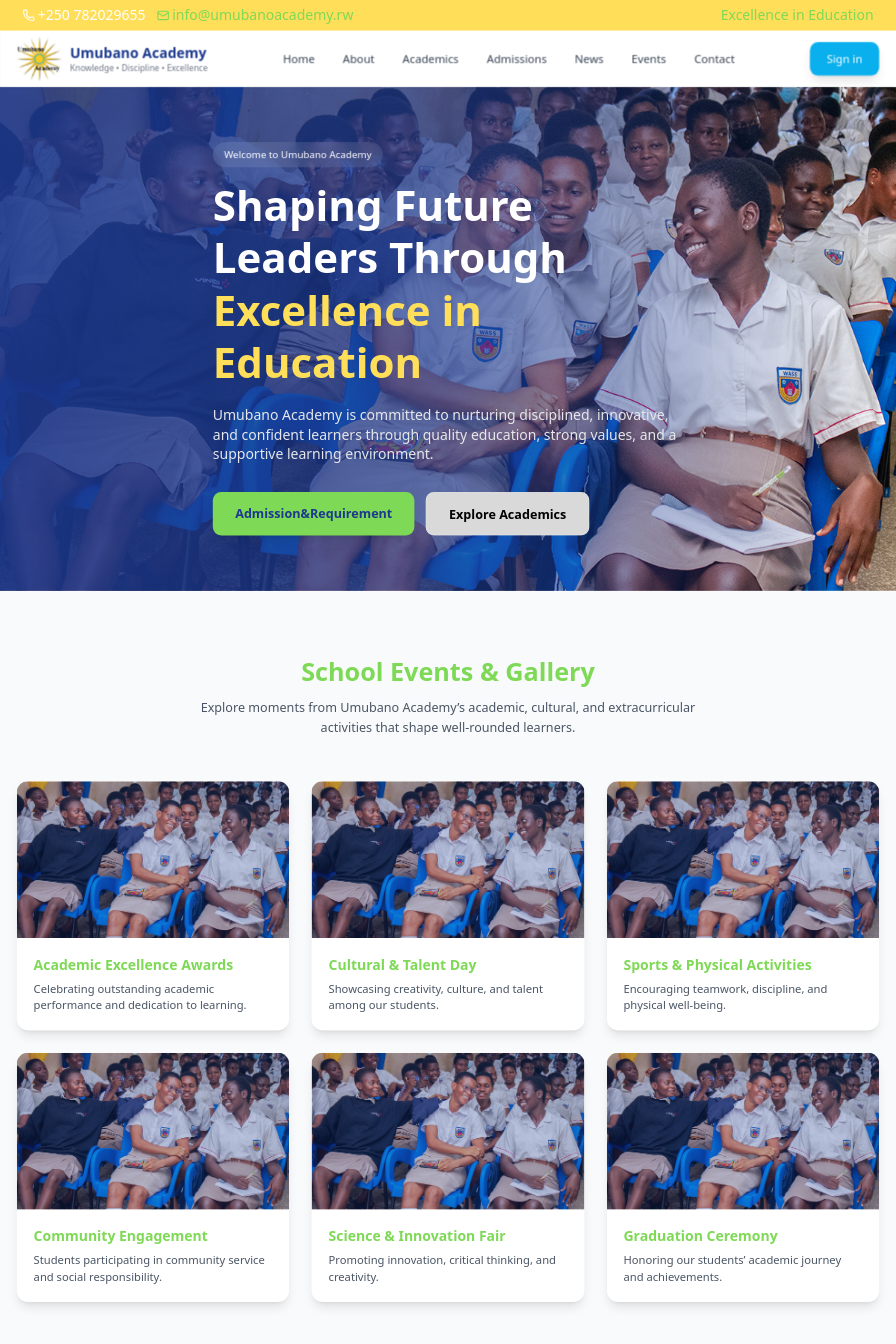
Repository: Umubano-Academy/umubano-academy-website
Page: /
An editor plug-in stored every save of this project. The page is shown before and after the next save, followed by the edit.
The browser window is 1280 px wide. The pictures show the part of the page from y = 0 to 1920 px (the page is 4911 px tall), at 70% of full size.
The project was rebuilt for these pictures with package versions that can differ from the ones it lists, and the page was loaded fresh each time. Also part of the build but not shown: vite.config.js, src/components/guest/Admission.jsx, src/components/guest/Academic.jsx, src/components/guest/About.jsx, src/components/admin/sidebar/data/menuData.js, src/components/admin/sidebar/SideBar.jsx, src/components/admin/Header/Header.jsx, src/components/admin/LayOut.jsx and 3 more.

Above is the page before, as saved 2026-01-13 19:11:12.

### index.html
<!doctype html>
<html lang="en">
  <head>
    <meta charset="UTF-8" />
    <!-- <link rel="icon" type="image/svg+xml" href="/vite.svg" /> -->
    <meta name="viewport" content="width=device-width, initial-scale=1.0" />
    <title>umubano-academy</title>
  </head>
  <body>
    <div id="root"></div>
    <script type="module" src="/src/main.jsx"></script>
  </body>
</html>

### src/App.jsx
import React from 'react'
import { BrowserRouter, Route, Routes } from 'react-router-dom'
import NavBar from './components/guest/NavBar'
import Hero from './components/guest/Hero'
import Event from './components/guest/Event'
import News from './components/guest/News'
import Layout from './components/guest/Layout'
import Home from './components/guest/Home'
import Admission from './components/guest/Admission'
import Academic from './components/guest/Academic'
import About from './components/guest/About'
import LayOut from './components/admin/LayOut'
import Dashboard from './components/admin/pages/Dashboard'
import Login from './components/guest/forms/Login'
import ResetPassword from './components/guest/forms/ResetPassword'


function App() {
  return (
    <BrowserRouter>

    <Routes>
      <Route path='/' element={<Layout />}>
      <Route index element={<Home />} />
      <Route path='/admission' element={<Admission />} />
      <Route path='/academic' element={<Academic />} />
      <Route path='/aboutus' element={<About />} />
      <Route path='/login' element={<Login />} />
      <Route path="/password-reset" element={<ResetPassword />} />
      </Route>

      <Route path='/admin' element={<LayOut />}>
      <Route index element={<Dashboard />} />
      </Route>
    </Routes>
    </BrowserRouter>

  )
}

export default App

### src/components/guest/NavBar.jsx
import React, { useState } from "react"
import { Menu, X, Phone, Mail, GraduationCap } from "lucide-react"
import { motion, AnimatePresence } from "framer-motion"
import logo from "../../assets/UALOGO.png"
import { Link } from "react-router-dom"

function NavBar() {
  const [open, setOpen] = useState(false)

  const navLinks = [
    "Home",
    "About",
    "Academics",
    "Admissions",
    "News",
    "Events",
    "Contact",
  ]

  return (
    <>
      {/* Top Info Bar */}
      <div className="hidden md:flex justify-between items-center px-8 py-2 bg-[#FFDE59] text-[#7ED956] text-sm">
        <div className="flex items-center gap-4">
          <span className="flex items-center gap-1 text-xl text-white font-medium">
            <Phone size={18} /> +250 782029655
          </span>
          <span className="flex text-xl items-center gap-1  text-[#7ED956] font-medium">
            <Mail size={18} /> info@umubanoacademy.rw
          </span>
        </div>
        <span className=" text-xl  text-[#7ED956] font-medium">Excellence in Education</span>
      </div>

      {/* Main Navbar */}
      <header className="sticky top-0 z-50 bg-white/80 backdrop-blur-xl shadow-sm">
        <div className="max-w-7xl mx-auto px-6">
          <div className="flex items-center justify-between h-20">

            {/* Logo */}
            <Link to="/" className="flex items-center gap-3">
              <img src={logo} alt="Umubano Academy Logo" className="w-16 h-16 object-contain" />
              {/* <div className="w-12 h-12 bg-blue-900 text-white flex items-center justify-center rounded-xl">
                <GraduationCap size={28} />
              </div> */}
              <div>
                <h1 className="text-xl font-bold text-blue-900">
                  Umubano Academy
                </h1>
                <p className="text-xs text-gray-500">
                  Knowledge • Discipline • Excellence
                </p>
              </div>
            </Link>

            {/* Desktop Menu */}
            <nav className="hidden lg:flex items-center gap-10">
              {navLinks.map((link) => (
                <a
                  key={link}
                  href={`/${link.toLowerCase()}`}
                  className="relative text-gray-700 font-medium hover:text-blue-900 transition group"
                >
                  {link}
                  <span className="absolute left-0 -bottom-1 w-0 h-0.5 bg-blue-900 transition-all group-hover:w-full"></span>
                </a>
              ))}
            </nav>

            {/* CTA */}
            <div className="hidden lg:flex">
              <a
                href="/login"
                className="bg-[#0AB0EE] text-white px-6 py-3 rounded-xl font-medium shadow-lg hover:shadow-xl transition"
              >
                Sign in
              </a>
            </div>

            {/* Mobile Menu Button */}
            <button
              onClick={() => setOpen(!open)}
              className="lg:hidden text-blue-900"
            >
              {open ? <X size={30} /> : <Menu size={30} />}
            </button>
          </div>
        </div>

        {/* Mobile Menu */}
        <AnimatePresence>
          {open && (
            <motion.div
              initial={{ opacity: 0, y: -20 }}
              animate={{ opacity: 1, y: 0 }}
              exit={{ opacity: 0, y: -20 }}
              transition={{ duration: 0.3 }}
              className="lg:hidden bg-white shadow-xl"
            >
              <div className="flex flex-col px-6 py-6 gap-6">
                {navLinks.map((link) => (
                  <a
                    key={link}
                    href={`/${link.toLowerCase()}`}
                    className="text-lg font-medium text-gray-700 hover:text-blue-900"
                    onClick={() => setOpen(false)}
                  >
                    {link}
                  </a>
                ))}

                <Link to="login"

                  className="mt-4 text-center bg-blue-900 text-white py-3 rounded-xl font-medium"
                >
                  Login
                </Link>
              </div>
            </motion.div>
          )}
        </AnimatePresence>
      </header>
    </>
  )
}

export default NavBar

### src/components/guest/Hero.jsx
import React from "react"
import { motion } from "framer-motion"
import heroImage from "../../assets/umubano.jpg"

function Hero() {
  return (
    <section
      className="relative h-screen flex items-center"
      style={{
        backgroundImage: `url(${heroImage})`,
        backgroundSize: "cover",
        backgroundPosition: "center",
      }}
    >
      {/* Overlay */}
      <div className="absolute inset-0 bg-gradient-to-r from-blue-900/90 via-blue-900/70 to-transparent"></div>

      {/* Content */}
      <div className="relative z-10 max-w-7xl mx-auto px-6">
        <motion.div
          initial={{ opacity: 0, y: 40 }}
          animate={{ opacity: 1, y: 0 }}
          transition={{ duration: 0.8 }}
          className="max-w-2xl text-white"
        >
          <span className="inline-block mb-4 px-4 py-2 bg-white/10 backdrop-blur rounded-full text-sm font-medium">
            Welcome to Umubano Academy
          </span>

          <h1 className="text-4xl md:text-6xl font-bold leading-tight mb-6">
            Shaping Future Leaders Through{" "}
            <span className="text-[#FFDE59]">Excellence in Education</span>
          </h1>

          <p className="text-lg md:text-xl text-gray-200 mb-10">
            Umubano Academy is committed to nurturing disciplined, innovative,
            and confident learners through quality education, strong values,
            and a supportive learning environment.
          </p>

          <div className="flex flex-col sm:flex-row gap-4">
            <a
              href="/admission"
              className="bg-[#7ED956] text-blue-900 px-8 py-4 rounded-xl font-semibold text-lg hover:bg-[#FFDE59] transition shadow-lg"
            >
              Admission&Requirement
            </a>

            <a
              href="/academic"
              className="border border-white/40 px-8 py-4 rounded-xl font-semibold text-lg text-black bg-[#D9D9D9] hover:bg-[#0AB0EE] hover:text-blue-900 transition"
            >
              Explore Academics
            </a>
          </div>
        </motion.div>
      </div>
    </section>
  )
}

export default Hero

### src/components/guest/Event.jsx
import React from "react"
import { motion } from "framer-motion"
import heroImage from "../../assets/umubano.jpg"

function Event() {
  const items = [
    {
      title: "Academic Excellence Awards",
      description:
        "Celebrating outstanding academic performance and dedication to learning.",
      image: heroImage,
    },
    {
      title: "Cultural & Talent Day",
      description:
        "Showcasing creativity, culture, and talent among our students.",
      image: heroImage,
    },
    {
      title: "Sports & Physical Activities",
      description:
        "Encouraging teamwork, discipline, and physical well-being.",
      image: heroImage,
    },
    {
      title: "Community Engagement",
      description:
        "Students participating in community service and social responsibility.",
      image: heroImage,
    },
    {
      title: "Science & Innovation Fair",
      description:
        "Promoting innovation, critical thinking, and creativity.",
      image: heroImage,
    },
    {
      title: "Graduation Ceremony",
      description:
        "Honoring our students’ academic journey and achievements.",
      image: heroImage,
    },
  ]

  return (
    <section className="py-24 bg-gray-50">
      <div className="max-w-7xl mx-auto px-6">

        {/* Section Header */}
        <motion.div
          initial={{ opacity: 0, y: 30 }}
          whileInView={{ opacity: 1, y: 0 }}
          viewport={{ once: true }}
          transition={{ duration: 0.6 }}
          className="text-center max-w-3xl mx-auto mb-16"
        >
          <h2 className="text-3xl md:text-4xl font-bold text-[#7ED956] mb-4">
            School Events & Gallery
          </h2>
          <p className="text-gray-600 text-lg">
            Explore moments from Umubano Academy’s academic, cultural, and
            extracurricular activities that shape well-rounded learners.
          </p>
        </motion.div>

        {/* Cards Grid */}
        <motion.div
          initial="hidden"
          whileInView="visible"
          viewport={{ once: true }}
          variants={{
            visible: {
              transition: {
                staggerChildren: 0.15,
              },
            },
          }}
          className="grid grid-cols-1 sm:grid-cols-2 lg:grid-cols-3 gap-8"
        >
          {items.map((item, index) => (
            <motion.div
              key={index}
              variants={{
                hidden: { opacity: 0, y: 40 },
                visible: { opacity: 1, y: 0 },
              }}
              transition={{ duration: 0.6 }}
              className="group bg-white rounded-2xl shadow-lg overflow-hidden hover:-translate-y-2 transition"
            >
              {/* Image */}
              <div className="relative h-56 overflow-hidden">
                <img
                  src={item.image}
                  alt={item.title}
                  className="w-full h-full object-cover group-hover:scale-110 transition duration-500"
                />
                <div className="absolute inset-0 bg-blue-900/30 group-hover:bg-blue-900/50 transition"></div>
              </div>

              {/* Content */}
              <div className="p-6">
                <h3 className="text-xl font-semibold text-[#7ED956] mb-2">
                  {item.title}
                </h3>
                <p className="text-gray-600">
                  {item.description}
                </p>
              </div>
            </motion.div>
          ))}
        </motion.div>
      </div>
    </section>
  )
}

export default Event

### src/components/guest/News.jsx
import React from "react"
import { motion } from "framer-motion"
import heroImage from "../../assets/umubano.jpg"

function News() {
  const newsList = [
    {
      title: "Opening of New Academic Term",
      date: "September 10, 2026",
      description:
        "Umubano Academy welcomes students and parents to the new academic term with renewed commitment to excellence.",
      image: heroImage,
    },
    {
      title: "Admissions Now Open",
      date: "August 25, 2026",
      description:
        "Applications are now open for Nursery, Primary, and Secondary levels for the upcoming academic year.",
      image: heroImage,
    },
    {
      title: "Outstanding National Examination Results",
      date: "July 30, 2026",
      description:
        "Our students achieved excellent results in the national examinations, reflecting our quality education.",
      image: heroImage,
    },
  ]

  return (
    <section className="py-24 bg-white">
      <div className="max-w-7xl mx-auto px-6">

        {/* Section Header */}
        <motion.div
          initial={{ opacity: 0, y: 30 }}
          whileInView={{ opacity: 1, y: 0 }}
          viewport={{ once: true }}
          transition={{ duration: 0.6 }}
          className="text-center max-w-3xl mx-auto mb-16"
        >
          <h2 className="text-3xl md:text-4xl font-bold text-[#7ED956] mb-4">
            News & Announcements
          </h2>
          <p className="text-gray-600 text-lg">
            Stay informed with the latest updates, events, and important
            announcements from Umubano Academy.
          </p>
        </motion.div>

        {/* News Grid */}
        <motion.div
          initial="hidden"
          whileInView="visible"
          viewport={{ once: true }}
          variants={{
            visible: {
              transition: { staggerChildren: 0.15 },
            },
          }}
          className="grid grid-cols-1 md:grid-cols-2 lg:grid-cols-3 gap-8"
        >
          {newsList.map((news, index) => (
            <motion.article
              key={index}
              variants={{
                hidden: { opacity: 0, y: 40 },
                visible: { opacity: 1, y: 0 },
              }}
              transition={{ duration: 0.6 }}
              className="bg-gray-50 rounded-2xl shadow-md hover:shadow-xl transition overflow-hidden group"
            >
              {/* Image */}
              <div className="relative h-48 overflow-hidden">
                <img
                  src={news.image}
                  alt={news.title}
                  className="w-full h-full object-cover group-hover:scale-110 transition duration-500"
                />
                <div className="absolute inset-0 bg-blue-900/30"></div>

                {/* Date Badge */}
                <span className="absolute top-4 left-4 bg-[#FFDE59] text-blue-900 px-3 py-1 rounded-full text-sm font-semibold">
                  {news.date}
                </span>
              </div>

              {/* Content */}
              <div className="p-6">
                <h3 className="text-xl font-semibold text-[#7ED956] mb-3">
                  {news.title}
                </h3>
                <p className="text-gray-600 mb-5">
                  {news.description}
                </p>


              </div>
            </motion.article>
          ))}
        </motion.div>

        {/* View All */}
        <div className="text-center mt-14">
          <a
            href="/news"
            className="inline-block bg-[#0AB0EE] text-white px-8 py-4 rounded-xl font-semibold hover:bg-[#7ED956] transition shadow-lg"
          >
            View All News
          </a>
        </div>

      </div>
    </section>
  )
}

export default News

### src/components/guest/Layout.jsx
import React from 'react'
import NavBar from './NavBar'
import { Outlet } from 'react-router-dom'
import Footer from './Footer'


function Layout() {
  return (
    <div>
      <NavBar />

      <div>
        <Outlet />
      </div>
      <div>
        <Footer />
      </div>
    </div>
  )
}

export default Layout

### src/components/guest/Home.jsx
import React from 'react'
import NavBar from './NavBar'
import Hero from './Hero'
import Event from './Event'
import News from './News'
import Contact from './Contact'

function Home() {
  return (
    <div>
      <Hero />
      <Event />
      <News />
      <Contact />

    </div>
  )
}

export default Home

### src/components/guest/Footer.jsx
import React from "react"
import {
  Phone,
  Mail,
  MapPin,
  Facebook,
  Twitter,
  Instagram,
  GraduationCap,
} from "lucide-react"
import logo from "../../assets/UALOGO.png"

function Footer() {
  return (
    <footer className="bg-[#0AB0EE] text-white">
      <div className="max-w-7xl mx-auto px-6 py-20">

        {/* Top Section */}
        <div className="grid grid-cols-1 md:grid-cols-2 lg:grid-cols-4 gap-12">

          {/* School Info */}
          <div>
            <div className="flex items-center gap-3 mb-6">
              <img src={logo} alt="Umubano Academy Logo" className="w-16 h-16 object-contain" />
              <h3 className="text-xl font-bold text-white">
                Umubano Academy
              </h3>
            </div>
            <p className="text-white leading-relaxed">
              Umubano Academy is dedicated to providing quality education,
              strong values, and a nurturing environment that shapes future
              leaders.
            </p>
          </div>

          {/* Quick Links */}
          <div>
            <h4 className="text-lg font-semibold text-white mb-6">
              Quick Links
            </h4>
            <ul className="space-y-4">
              {[
                "Home",
                "About Us",
                "Academics",
                "Admissions",
                "News",
                "Contact",
              ].map((link) => (
                <li key={link}>
                  <a
                    href={`/${link.toLowerCase().replace(" ", "")}`}
                    className="hover:text-yellow-400 transition"
                  >
                    {link}
                  </a>
                </li>
              ))}
            </ul>
          </div>

          {/* Contact Info */}
          <div>
            <h4 className="text-lg font-semibold text-white mb-6">
              Contact Us
            </h4>
            <ul className="space-y-4">
              <li className="flex items-start gap-3">
                <Phone size={18} className="text-yellow-400 mt-1" />
                <span>+250 782029655</span>
              </li>
              <li className="flex items-start gap-3">
                <Mail size={18} className="text-yellow-400 mt-1" />
                <span>info@umubanoacademy.rw</span>
              </li>
              <li className="flex items-start gap-3">
                <MapPin size={18} className="text-yellow-400 mt-1" />
                <span>
                  Kigali City, Kicukiro District, Kabeza
                </span>
              </li>
            </ul>
          </div>

          {/* Motto & Social */}
          <div>
            <h4 className="text-lg font-semibold text-white mb-6">
              Our Motto
            </h4>
            <p className="italic mb-6">
              “Knowledge, Discipline & Excellence”
            </p>

            <div className="flex gap-4">
              <a
                href="#"
                className="w-10 h-10 bg-white/10 flex items-center justify-center rounded-full hover:bg-yellow-400 hover:text-blue-900 transition"
              >
                <Facebook size={18} />
              </a>
              <a
                href="#"
                className="w-10 h-10 bg-white/10 flex items-center justify-center rounded-full hover:bg-yellow-400 hover:text-blue-900 transition"
              >
                <Twitter size={18} />
              </a>
              <a
                href="#"
                className="w-10 h-10 bg-white/10 flex items-center justify-center rounded-full hover:bg-yellow-400 hover:text-blue-900 transition"
              >
                <Instagram size={18} />
              </a>
            </div>
          </div>

        </div>
      </div>

      {/* Bottom Bar */}
      <div className="border-t border-white/10 py-6 text-center text-sm text-white">
        © {new Date().getFullYear()} Umubano Academy. All rights reserved.
      </div>
    </footer>
  )
}

export default Footer

Loaded but not shown: src/main.jsx (common file); src/index.css (common file); src/components/guest/Contact.jsx (156 lines, source omitted)

After the next save:
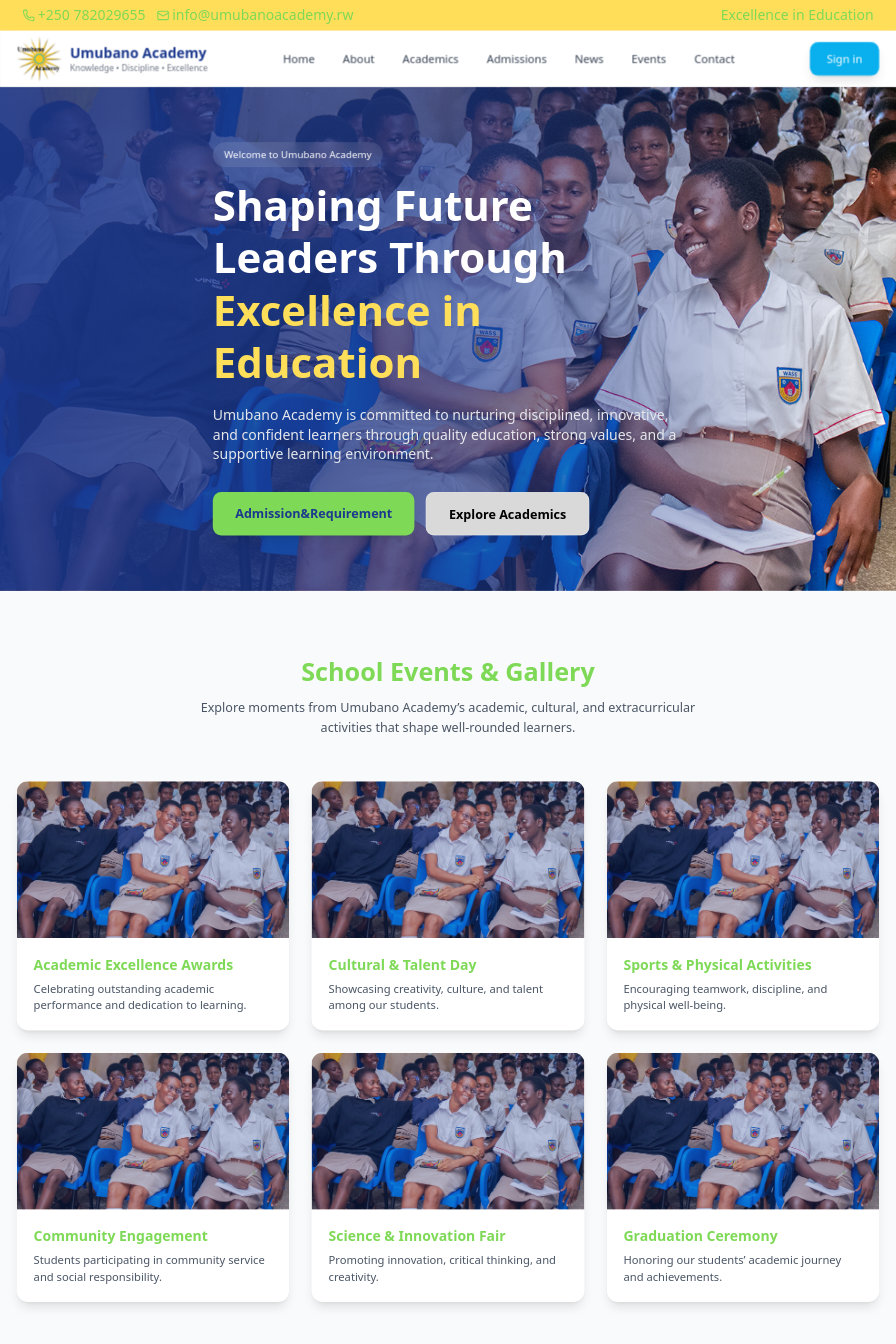
Saved 9 s later.
--- a/src/components/guest/NavBar.jsx
+++ b/src/components/guest/NavBar.jsx
@@ -22,7 +22,7 @@ function NavBar() {
       {/* Top Info Bar */}
       <div className="hidden md:flex justify-between items-center px-8 py-2 bg-[#FFDE59] text-[#7ED956] text-sm">
         <div className="flex items-center gap-4">
-          <span className="flex items-center gap-1 text-xl text-white font-medium">
+          <span className="flex items-center gap-1 text-xl text- font-medium">
             <Phone size={18} /> +250 782029655
           </span>
           <span className="flex text-xl items-center gap-1  text-[#7ED956] font-medium">
